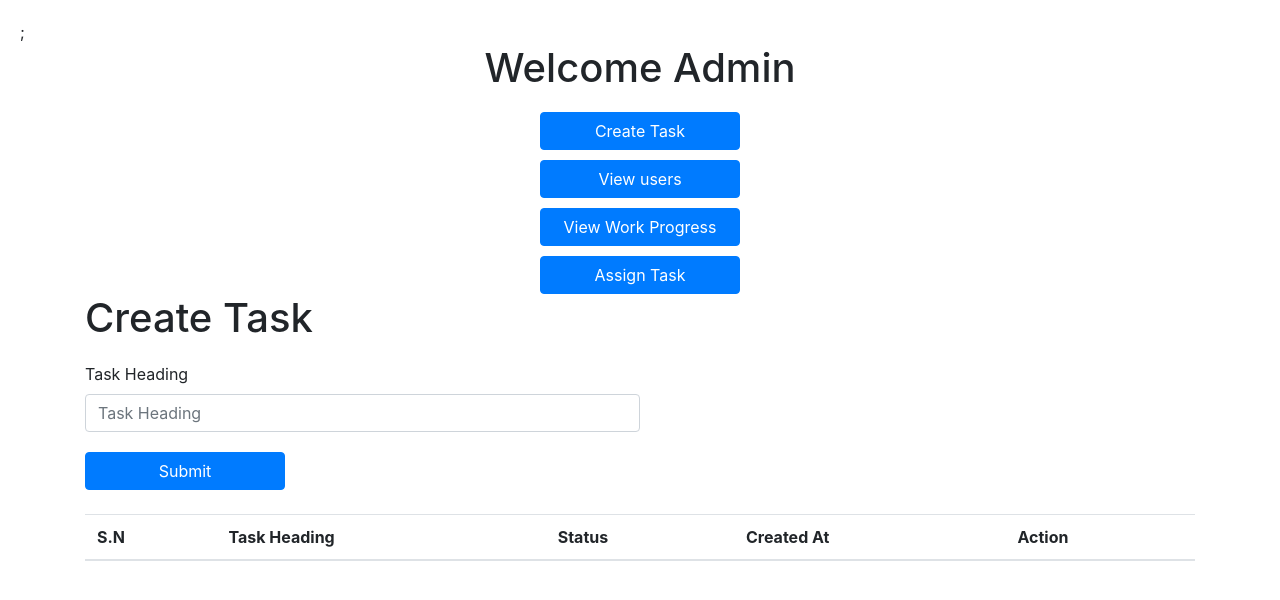
Repository: neha-rouniyar/taskmgmt
Page: http://localhost/admin/create-task
An editor plug-in stored every save of this project. The page is shown before and after a run of saves, followed by the edit.
The browser window is 1280 px wide. The pictures show the whole page.
Some web libraries are served in a nearby version. The page is served by the project's Laravel application, run on PHP 8.4 with Laravel 10. Other server files are loaded and not shown. Queries for data that is not in the repository find no rows.

Above is the page before, as saved 2023-12-15 23:59:36.

### routes/web.php
<?php

use App\Http\Controllers\AdminController;
use App\Http\Controllers\AssignTaskController;
use Illuminate\Support\Facades\Route;
use App\Http\Controllers\LoginController;
use App\Models\AssignTask;

/*
|--------------------------------------------------------------------------
| Web Routes
|--------------------------------------------------------------------------
|
| Here is where you can register web routes for your application. These
| routes are loaded by the RouteServiceProvider and all of them will
| be assigned to the "web" middleware group. Make something great!
|
*/

Route::get('/', function () {
    return view('welcome');
});
Route::get('/login-form',[LoginController::class,'index'])->name('login.form');
Route::post('/login-form-submit',[LoginController::class,'loginFormSubmit'])->name('login.form.submit');




Route::get('/register-form',[LoginController::class,'index2'])->name('register.form');
Route::post('/register-form-submit',[LoginController::class,'registerFormSubmit'])->name('register.form.submit');


//user dashboard
Route::get('/user-dashboard',[LoginController::class,'userDashboard'])->name('user.dashboard');
Route::get('/admin-dashboard',[LoginController::class,'adminDashboard'])->name('admin.dashboard');


//admin
Route::get('/admin/view-users',[AdminController::class,'viewUsers'])->name('admin.view.users');
Route::get('/admin/create-task',[AdminController::class,'createTask'])->name('admin.create.task');
Route::get('/admin/view-work-progress',[AdminController::class,'viewWorkProgress'])->name('admin.view.workprogress');

//admin-task
Route::post('/admin/task-submit',[AdminController::class,'taskSubmit'])->name('admin.task.submit');
Route::get('/admin/edit-task/{id}',[AdminController::class,'taskEdit'])->name('task.edit');
Route::post('/admin/update-task/{id}',[AdminController::class,'taskUpdate'])->name('task.update');
Route::get('/admin/delete-task/{id}',[AdminController::class,'taskDelete'])->name('task.delete');
Route::get('/admin/task-assign',[AdminController::class,'taskAssign'])->name('admin.task.assign');
Route::post('/admin/task-assign-submit',[AdminController::class,'taskAssignSubmit'])->name('admin.task.assign.submit');




//user-task
Route::get('/user-view-assgned-task',[AssignTaskController::class,'viewTaskAssigned'])->name('user.view.assigned.task');
Route::get('/verify-email/{token}',[AdminController::class,'verifyEmail'])->name('verify.email');


Route::get('/user/accept-task/{id}',[AssignTaskController::class,'acceptTask'])->name('accept.task');
Route::get('/user/reject-task/{id}',[AssignTaskController::class,'rejectTask'])->name('reject.task');
Route::get('/user/task-complete/{id}',[AssignTaskController::class,'completeTask'])->name('task.complete');

### app/Http/Controllers/AdminController.php
<?php

namespace App\Http\Controllers;

use App\Models\AssignTask;
use App\Models\EmailVerification;
use App\Models\Task;
use App\Models\User;
use Carbon\Carbon;
use Illuminate\Http\Request;

class AdminController extends Controller
{
    public function viewUsers()
    {
        $users=User::all()->where('usertype','regular');
        // dd($users);
        return view('admin.viewUsers',compact('users'));
    }
    public function createTask()
    {
        $tasks=Task::all();
        return view('admin.task.create',compact('tasks'));
    }
    public function viewWorkProgress()
    {
        return view('admin.task.workprogress');
    }
    public function taskSubmit(Request $request)
    {
        $data=$request->validate([
            'heading'=>'required'
        ]);
        $task=new Task();
        $task->task_heading=$data['heading'];
        $task->save();
        return back()->with('success','Task Created Successfully');
    }
    public function taskEdit(Request $request)
    {
        $data=Task::find($request->id);
        return view('admin.task.edit',compact('data'));
    }
    public function taskUpdate(Request $request)
    {
        $rule=$request->validate([
            'heading'=>'required'
        ]);
        $data=Task::find($request->id);
        $data->task_heading=$rule['heading'];
        $data->save();
        return redirect()->route('admin.create.task')->with('update','Task Updated Successfully');
    }
    public function taskDelete(Request $request)
    {
        $data=Task::find($request->id);
        $data->status=1;
        $data->save();
        return back()->with('delete','Task Deleted Successfully');

    }
    public function taskAssign()
    {
        $task=Task::all()->where('status',0);
        $users=User::all()->where('usertype','regular');
        return view('admin.task.assign',compact('users','task'));
    }
    public function taskAssignSubmit(Request $request)
    {
        $taskAssign=new AssignTask();
        $taskAssign->task_id=$request->task;
        $taskAssign->user_id=$request->user;
        $taskAssign->save();
        return back()->with('message','Task Assigned to user... Waiting to be verified');
    }
    public function verifyEmail(Request $request,$id)
    {
        $token=$request->token;
        $userData=User::where('token',$token)->first();
        $emailVerificationData=EmailVerification::where('token',$token)->first();
        $time=Carbon::now();
        $currentTime=$time->toDateTimeString();
        if($userData->token == $emailVerificationData->token){
            if($emailVerificationData->expiry_at > $currentTime)
            {
                $userId=$userData->id;
                $userData=User::find($userId);
                $userData->status=1;
                $userData->save();
                return redirect('/login-form')->with('msgs','Please login to continue');
            }else{
                return redirect()->route('register.form')->with('linkExpiry','Your Link to email verification failed. Please Register Again');
            }
        }
    }
    // php artisan serve --port=443 --to run in https port
}

### app/Models/Task.php
<?php

namespace App\Models;

use Illuminate\Database\Eloquent\Factories\HasFactory;
use Illuminate\Database\Eloquent\Model;

class Task extends Model
{
    use HasFactory;
    public function assignedTask()
    {
        return $this->hasMany(AssignTask::class,'task_id','id');
    }

}

### resources/views/admin/task/create.blade.php
@extends('admin.dashboard');
@section('admin-content')
<style>
    .form-group {
    margin-bottom: 20px;
}

.custom-dropdown {
    position: relative;
    width: 100%;
}

.custom-select {
    width: 50%;
    /* padding: 10px; */
    box-sizing: border-box;
    border: 1px solid #ccc;
    border-radius: 4px;
    appearance: none;
    background-color: #fff;
    cursor: pointer;
}

.custom-dropdown-arrow {
    position: absolute;
    top: 50%;
    right: 10px;
    transform: translateY(-50%);
    border: solid #555;
    border-width: 0 2px 2px 0;
    display: inline-block;
    padding: 3px;
    transition: transform 0.3s ease-in-out;
}

.custom-select:focus + .custom-dropdown-arrow {
    transform: translateY(-50%) rotate(-45deg);
}

/* Style for the dropdown options */
.custom-select option {
    padding: 10px;
}

</style>
<div class="container">
    <h1 style="align-content: center">Create Task</h1>
    @if (session('success'))
    <div class="alert alert-success alert-dismissible fade show" role="alert">
        <p style="color: rgb(11, 130, 43)8, 28, 0)">{{session('success')}}</p>
        <button type="button" class="close" data-dismiss="alert" aria-label="Close">
          <span aria-hidden="true">&times;</span>
        </button>
      </div>

    @endif
    @if (session('update'))
    <div class="alert alert-success alert-dismissible fade show" role="alert">
        <p style="color: rgb(0, 128, 30)8, 28, 0)">{{session('update')}}</p>
        <button type="button" class="close" data-dismiss="alert" aria-label="Close">
          <span aria-hidden="true">&times;</span>
        </button>
      </div>

    @endif
    @if (session('delete'))
    <div class="alert alert-success alert-dismissible fade show" role="alert">
        <p style="color: rgb(0, 128, 30)8, 28, 0)">{{session('delete')}}</p>
        <button type="button" class="close" data-dismiss="alert" aria-label="Close">
          <span aria-hidden="true">&times;</span>
        </button>
      </div>

    @endif
<form action="{{route('admin.task.submit')}}" method="POST">
    @csrf
      <div class="form-group">
        <label for="exampleInputEmail1">Task Heading</label>
        <input style="width: 50%" type="text" name="heading" class="form-control" id="exampleInputEmail1" aria-describedby="emailHelp" placeholder="Task Heading" required>
      </div>
      <button type="submit" class="btn btn-primary">Submit</button>
    </form>
    <table class="table mt-4">
        <thead>
          <tr>
            <th scope="col">S.N</th>
            <th scope="col">Task Heading</th>
            <th scope="col">Status</th>
            <th scope="col">Created At</th>
            <th scope="col">Action</th>
          </tr>
        </thead>
        <tbody>
            @php
                $i=1;
            @endphp
            @foreach ($tasks as $data )
            @if ($data->status==0)
          <tr>
            <th>{{$i++}}</th>
            <td>{{$data->task_heading}}</td>
            <td>{{$data->status}}</td>
            <td>{{$data->created_at}}</td>
            <td>
                <a href="{{route('task.edit',$data->id)}}"><button style="width: 20%" type="button" class="btn btn-primary">Edit</button></a>
                <a href="{{route('task.delete',$data->id)}}"><button style="width: 30%" type="button" class="btn btn-danger">Delete</button></a>
            </td>
          </tr>
          @endif
          @endforeach
        </tbody>
      </table>
</div>
@endsection

### resources/views/admin/dashboard.blade.php
<!doctype html>
<html lang="en">
  <head>
    <!-- Required meta tags -->
    <meta charset="utf-8">
    <meta name="viewport" content="width=device-width, initial-scale=1, shrink-to-fit=no">

    <!-- Bootstrap CSS -->
    <link rel="stylesheet" href="https://cdn.jsdelivr.net/npm/bootstrap@4.0.0/dist/css/bootstrap.min.css" integrity="sha384-Gn5384xqQ1aoWXA+058RXPxPg6fy4IWvTNh0E263XmFcJlSAwiGgFAW/dAiS6JXm" crossorigin="anonymous">
    <style>
      body {
          padding: 20px;
      }

      h1 {
          margin-bottom: 20px;
      }

      .btn-container {
          display: flex;
          flex-direction: column;
          gap: 10px;
      }

      .btn-container a {
          text-decoration: none;
      }

      .btn {
          width: 200px;
      }
  </style>
    <title>Hello, world!</title>
  </head>
  <body>
    <div class="container text-center">
        <h1>Welcome Admin</h1>
        <div class="btn-container">
            <a href="{{route('admin.create.task')}}">
                <button type="button" class="btn btn-primary">Create Task</button>
            </a>
            <a href="{{route('admin.view.users')}}">
                <button type="button" class="btn btn-primary">View users</button>
            </a>
            <a href="{{route('admin.view.workprogress')}}">
                <button type="button" class="btn btn-primary">View Work Progress</button>
            </a>
            <a href="{{route('admin.task.assign')}}">
                <button type="button" class="btn btn-primary">Assign Task</button>
            </a>
        </div>
    </div>
    @yield('admin-content')
    <script src="https://code.jquery.com/jquery-3.2.1.slim.min.js" integrity="sha384-KJ3o2DKtIkvYIK3UENzmM7KCkRr/rE9/Qpg6aAZGJwFDMVNA/GpGFF93hXpG5KkN" crossorigin="anonymous"></script>
    <script src="https://cdn.jsdelivr.net/npm/popper.js@1.12.9/dist/umd/popper.min.js" integrity="sha384-ApNbgh9B+Y1QKtv3Rn7W3mgPxhU9K/ScQsAP7hUibX39j7fakFPskvXusvfa0b4Q" crossorigin="anonymous"></script>
    <script src="https://cdn.jsdelivr.net/npm/bootstrap@4.0.0/dist/js/bootstrap.min.js" integrity="sha384-JZR6Spejh4U02d8jOt6vLEHfe/JQGiRRSQQxSfFWpi1MquVdAyjUar5+76PVCmYl" crossorigin="anonymous"></script>
</body>
</html>

Loaded but not shown: app/Http/Controllers/Controller.php (common file)

After the next 3 saves:
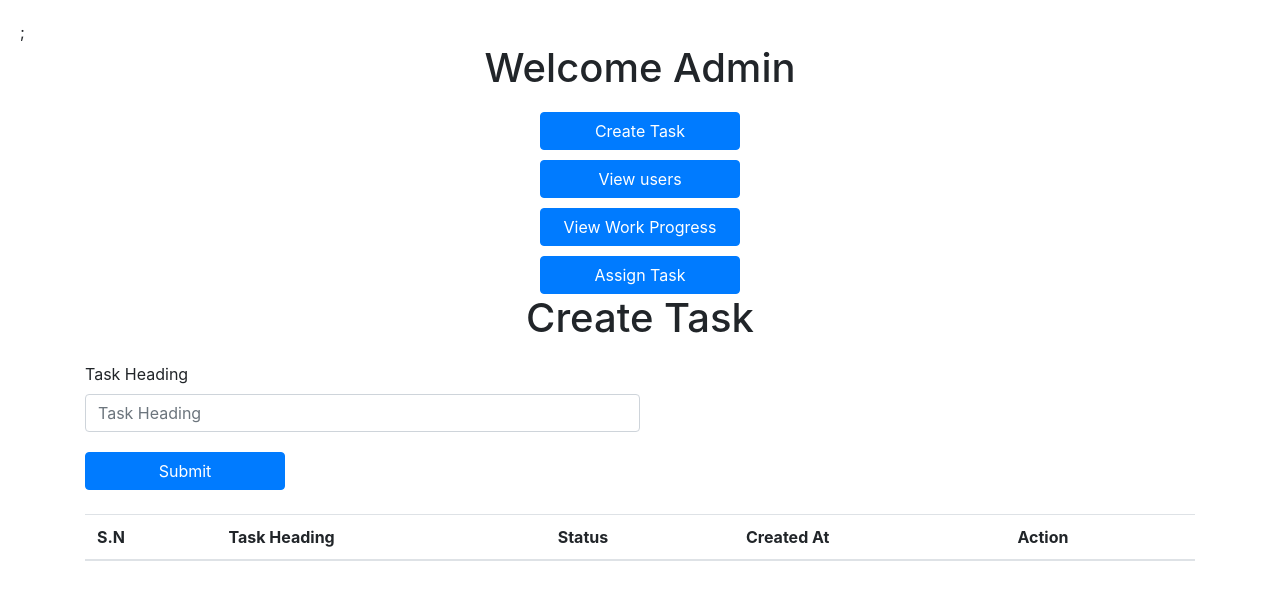
The 3 saves are shown as one change because they came seconds apart.
The last was saved 18 s later.
--- a/resources/views/admin/task/create.blade.php
+++ b/resources/views/admin/task/create.blade.php
@@ -44,7 +44,7 @@
 
 </style>
 <div class="container">
-    <h1 style="align-content: center">Create Task</h1>
+    <h1 style="text-align: center">Create Task</h1>
     @if (session('success'))
     <div class="alert alert-success alert-dismissible fade show" role="alert">
         <p style="color: rgb(11, 130, 43)8, 28, 0)">{{session('success')}}</p>

After the save that followed:
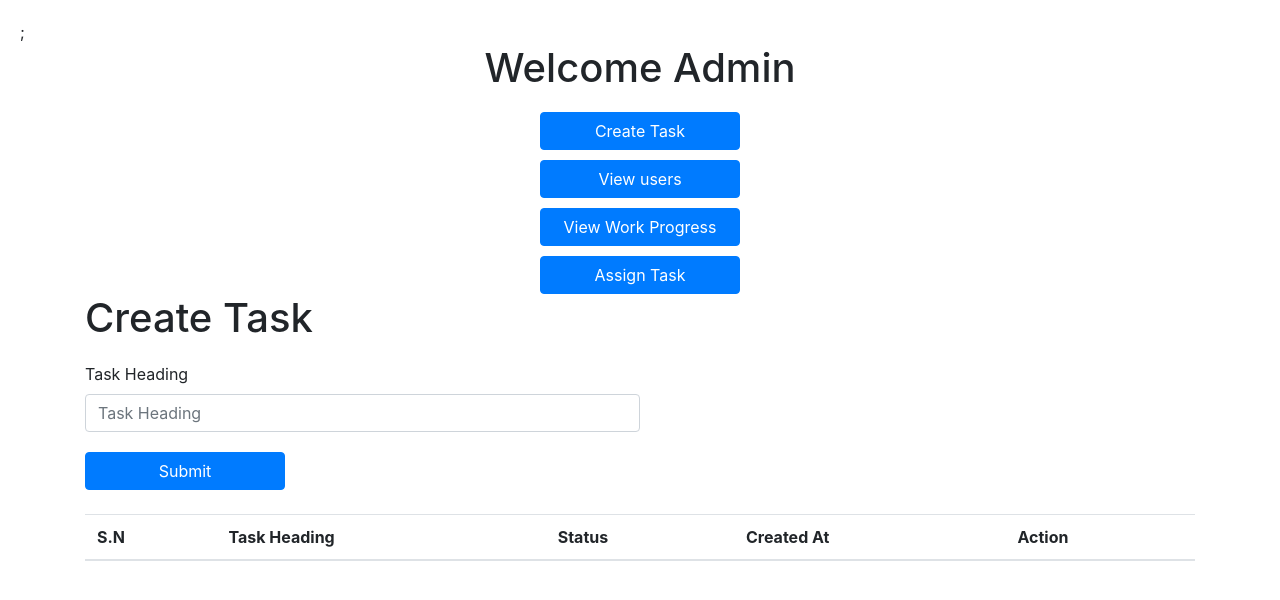
Saved 22 s later.
--- a/resources/views/admin/task/create.blade.php
+++ b/resources/views/admin/task/create.blade.php
@@ -44,7 +44,7 @@
 
 </style>
 <div class="container">
-    <h1 style="text-align: center">Create Task</h1>
+    <h1>Create Task</h1>
     @if (session('success'))
     <div class="alert alert-success alert-dismissible fade show" role="alert">
         <p style="color: rgb(11, 130, 43)8, 28, 0)">{{session('success')}}</p>
